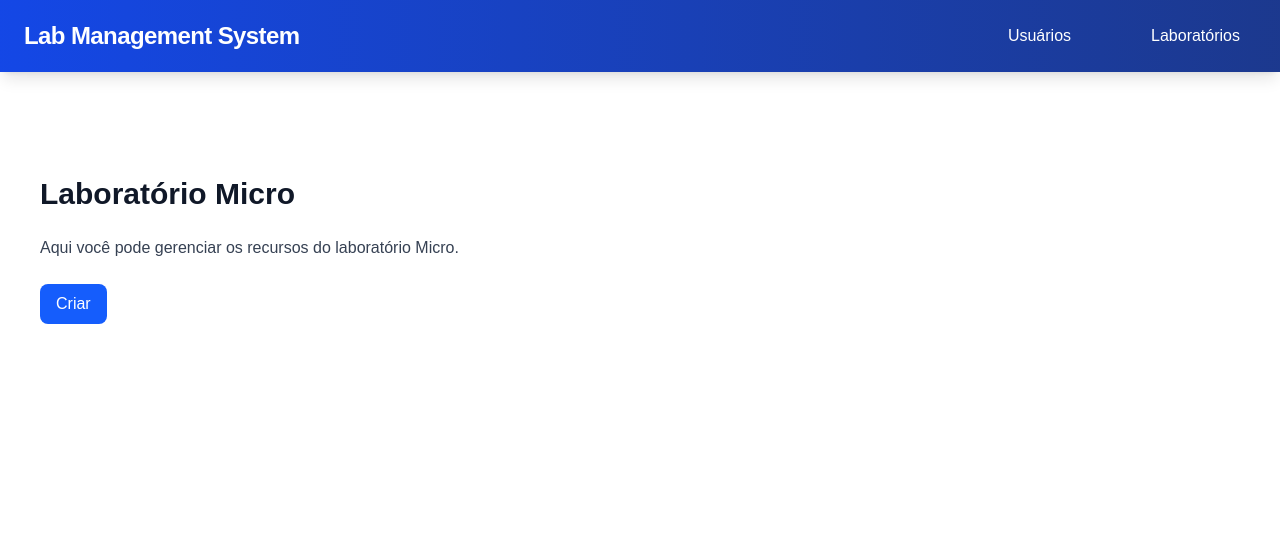
Repository: fabianosevla/gestao-labs
Page: /labs/hardware/micro (app in lab-management-system/)
These files come from the project's save history. The page is drawn as it stood at one moment and after the next save; the edit follows.
The browser window is 1280 px wide. The pictures show the whole page.
The project was rebuilt for these pictures with package versions that can differ from the ones it lists, and the page was loaded fresh each time. The framework's server and built-in components were replaced by stand-ins that run in the browser. Also part of the build but not shown: lab-management-system/next.config.mjs.

Above is the page before, as saved 2025-05-05 21:02:19.

### lab-management-system/app/layout.js
import Navbar from "../components/Navbar";
import "../app/globals.css";

export default function RootLayout({ children }) {
  return (
    <html lang="en">
      <body className="bg-white font-sans">
        <Navbar />
        <div className="max-w-7xl mx-auto pt-16 px-4">{children}</div>
      </body>
    </html>
  );
}

### lab-management-system/app/labs/hardware/micro/page.js
"use client";

import { useRouter } from "next/navigation";

export default function Micro() {
    const router = useRouter();

    const handleCreate = () => {
        router.push("/labs/hardware/micro/create");
    };

    return (
        <div className="p-6 pt-28">
            <h1 className="text-3xl font-bold mb-6 text-gray-900">Laboratório Micro</h1>
            <p className="text-gray-700 mb-6">Aqui você pode gerenciar os recursos do laboratório Micro.</p>
            <button
                onClick={handleCreate}
                className="px-4 py-2 bg-blue-600 text-white rounded-lg hover:bg-blue-700 transition duration-300 text-left"
            >
                Criar
            </button>
        </div>
    );
}

### lab-management-system/components/Navbar.js
"use client";

import Link from "next/link";
import { usePathname } from "next/navigation";
import { useEffect, useState } from "react";

export default function Navbar() {
    const pathname = usePathname();
    const [isLoginPage, setIsLoginPage] = useState(true);

    useEffect(() => {
        setIsLoginPage(pathname === "/login");
    }, [pathname]);

    if (isLoginPage) return null;

    return (
        <nav className="bg-gradient-to-r from-blue-700 to-blue-900 text-white shadow-lg fixed top-0 left-0 w-full z-50">
            <div className="max-w-7xl mx-auto px-6 py-4 flex justify-between items-center">
                <h1 className="text-2xl font-bold tracking-tight">Lab Management System</h1>
                <div className="flex space-x-12">
                    {/* Usuários */}
                    <div className="relative group">
                        <button className="px-4 py-2 rounded-xl hover:bg-blue-800 transition duration-300 ease-in-out font-medium">
                            Usuários
                        </button>
                        <div className="absolute right-0 mt-2 w-40 bg-white text-gray-800 rounded-xl shadow-2xl opacity-0 group-hover:opacity-100 group-hover:translate-y-0 transform -translate-y-3 transition-all duration-300 ease-in-out z-20">
                            <Link href="/users/visitors" className="block px-4 py-2 hover:bg-blue-100 rounded-t-xl transition duration-200">Visitantes</Link>
                            <Link href="/users/admins" className="block px-4 py-2 hover:bg-blue-100 rounded-b-xl transition duration-200">Admin</Link>
                        </div>
                    </div>

                    {/* Laboratórios */}
                    <div className="relative group">
                        <button className="px-4 py-2 rounded-xl hover:bg-blue-800 transition duration-300 ease-in-out font-medium">
                            Laboratórios
                        </button>
                        <div className="absolute right-0 mt-2 w-40 bg-white text-gray-800 rounded-xl shadow-2xl opacity-0 group-hover:opacity-100 group-hover:translate-y-0 transform -translate-y-3 transition-all duration-300 ease-in-out z-10">
                            <div className="relative group/sub">
                                <button className="block px-4 py-2 hover:bg-blue-100 w-full text-left transition duration-200">
                                    Hardware
                                </button>
                                <div className="absolute right-40 top-0 w-40 bg-white text-gray-800 rounded-xl shadow-2xl opacity-0 group-hover/sub:opacity-100 group-hover/sub:translate-x-0 transform translate-x-3 transition-all duration-300 ease-in-out z-10">
                                    <Link href="/labs/hardware/micro" className="block px-4 py-2 hover:bg-blue-100 rounded-t-xl transition duration-200">Micro</Link>
                                    <Link href="/labs/hardware/macro" className="block px-4 py-2 hover:bg-blue-100 rounded-b-xl transition duration-200">Macro</Link>
                                </div>
                            </div>
                            <Link href="/labs/software" className="block px-4 py-2 hover:bg-blue-100 rounded-b-xl transition duration-200">Software</Link>
                        </div>
                    </div>
                </div>
            </div>
        </nav>
    );
}

### lab-management-system/app/globals.css
@import "tailwindcss";

:root {
  --background: #ffffff;
  --foreground: #efecec;
}

@theme inline {
  --color-background: var(--background);
  --color-foreground: var(--foreground);
  --font-sans: var(--font-geist-sans);
  --font-mono: var(--font-geist-mono);
}

@media (prefers-color-scheme: dark) {
  :root {
    --background: #f7f1f1;
    --foreground: #ededed;
  }
}

body {
  background: var(--background);
  color: var(--foreground);
  font-family: Arial, Helvetica, sans-serif;
}

After the next save:
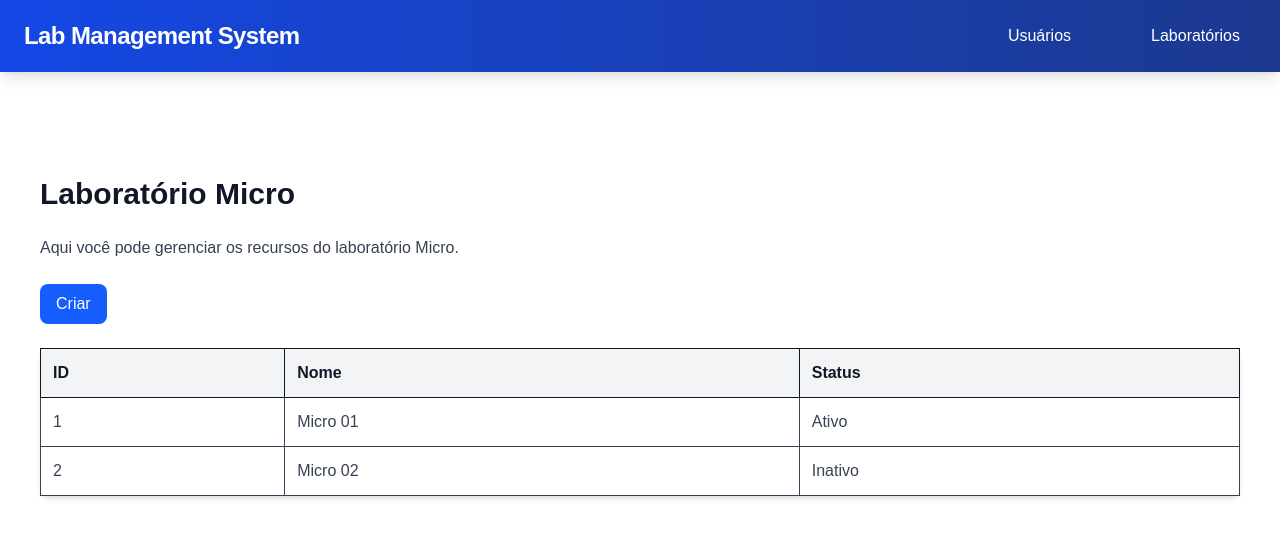
Saved 35 s later.
--- a/lab-management-system/app/labs/hardware/micro/page.js
+++ b/lab-management-system/app/labs/hardware/micro/page.js
@@ -9,16 +9,39 @@
         router.push("/labs/hardware/micro/create");
     };
 
+    const microHardwares = [
+        { id: 1, name: "Micro 01", status: "Ativo" },
+        { id: 2, name: "Micro 02", status: "Inativo" },
+    ];
+
     return (
         <div className="p-6 pt-28">
             <h1 className="text-3xl font-bold mb-6 text-gray-900">Laboratório Micro</h1>
             <p className="text-gray-700 mb-6">Aqui você pode gerenciar os recursos do laboratório Micro.</p>
             <button
                 onClick={handleCreate}
-                className="px-4 py-2 bg-blue-600 text-white rounded-lg hover:bg-blue-700 transition duration-300 text-left"
+                className="px-4 py-2 bg-blue-600 text-white rounded-lg hover:bg-blue-700 transition duration-300 text-left mb-6"
             >
                 Criar
             </button>
+            <table className="w-full border-collapse bg-white shadow-md rounded-lg">
+                <thead>
+                    <tr className="bg-gray-100">
+                        <th className="border p-3 text-gray-900 font-semibold text-left">ID</th>
+                        <th className="border p-3 text-gray-900 font-semibold text-left">Nome</th>
+                        <th className="border p-3 text-gray-900 font-semibold text-left">Status</th>
+                    </tr>
+                </thead>
+                <tbody>
+                    {microHardwares.map((hardware) => (
+                        <tr key={hardware.id} className="hover:bg-gray-50">
+                            <td className="border p-3 text-gray-700">{hardware.id}</td>
+                            <td className="border p-3 text-gray-700">{hardware.name}</td>
+                            <td className="border p-3 text-gray-700">{hardware.status}</td>
+                        </tr>
+                    ))}
+                </tbody>
+            </table>
         </div>
     );
 }
